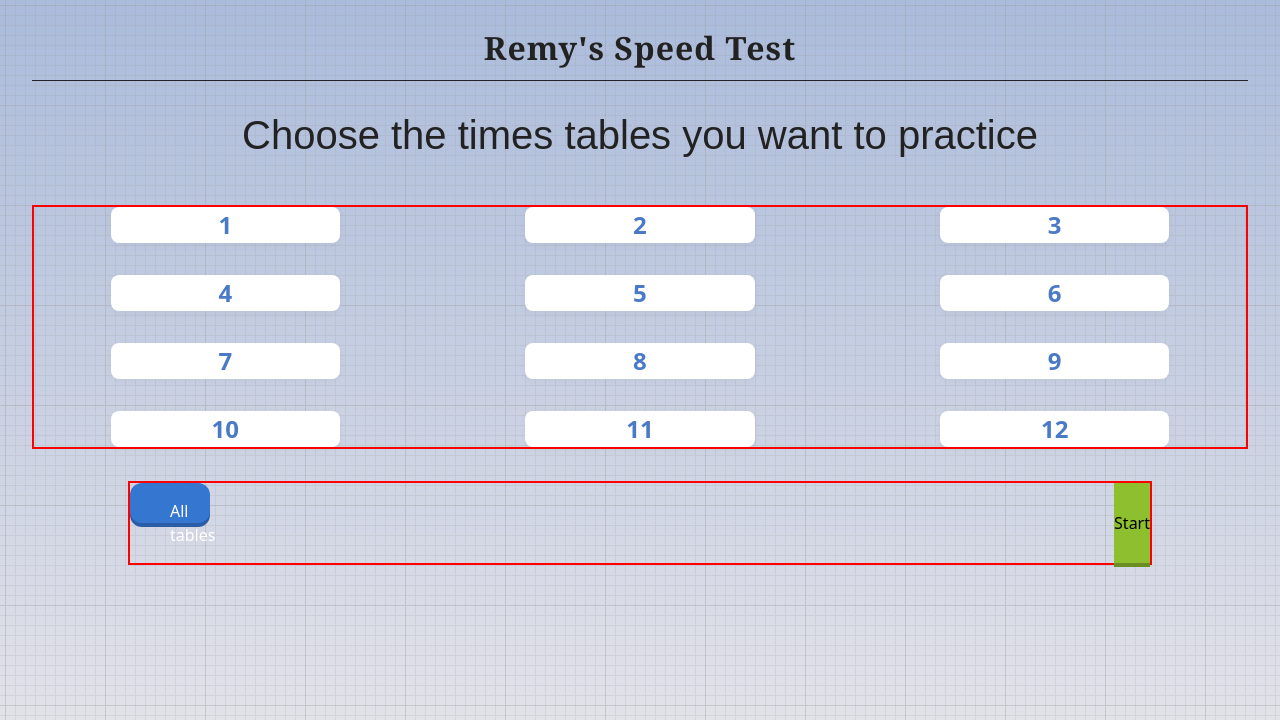
Repository: Chinurum-Omenuko/remys-speed-test
Page: / (app in app/)
An editor plug-in stored every save of this project. The page is shown before and after the next save, followed by the edit.
The browser window is 1280 px wide. The pictures show the whole page.
The project was rebuilt for these pictures with package versions that can differ from the ones it lists, and the page was loaded fresh each time. The framework's server and built-in components were replaced by stand-ins that run in the browser. Also part of the build but not shown: app/svelte.config.js, app/vite.config.ts.

Above is the page before, as saved 2025-11-17 13:40:14.

### app/src/routes/+page.svelte

<script lang="ts">
	import { goto } from "$app/navigation";
	import { GameStore } from "../stores/gameStore.svelte";

	let store = GameStore;
	let chosenTables = store.getTables()
	const tables = Array.from({ length: 12 }, (_, i) => i + 1);

	function selectTable(table: number) {
		store.addTables(table)
	}

	function allTables(){
		tables.forEach(table => {
			let index = chosenTables.indexOf(table)
			if(!chosenTables.includes(table)){
				selectTable(table)
				return
			}
			chosenTables.splice(index, 1)
		});
	}


	function start() {
		store.generateQuestions(chosenTables)
		goto("/test")
	}



	function lastResults() {
		alert('Show last results');
	}
</script>
<div class="landing-bg">
	<div style="padding: 1.5rem 2rem 0 2rem;">
		<h1 class="title">Remy's Speed Test</h1>
		<div class="dotted"></div>
		<h2 class="subtitle">Choose the times tables you want to practice</h2>
		<div class="content">
			<div class="tables-grid">
				{#each tables as table}
					<button
						type="button"
						class="table-btn {chosenTables.includes(table) ? 'selected' : ''}"
						on:click={() => {

							selectTable(table)
							}}
						aria-pressed={chosenTables[table] === table}
					>
						{table}
					</button>
				{/each}
			</div>
			<div class="actions">
				<div class="left-actions">
					{#if chosenTables.length == 12}
						<button class="blue-btn btn" on:click={allTables}>Deselect All Tables</button>
					{:else}
						<button class="blue-btn btn" on:click={allTables}>All tables</button>
					{/if}
				</div>
				<button class="green-btn" on:click={start}>Start</button>
			</div>
		</div>
	</div>
</div>

<style>
	.landing-bg {


		background-image:url("data:[embedded picture, 1695 characters]"), linear-gradient(180deg, #aabbdb, #e2e2e9);
		min-height: 100vh;
		max-width: 100vw;
		padding: 0;
		margin: 0;
	}
	.title {
		font-size: 2rem;
		font-weight: 700;
		margin: 0 0 0.5rem 0;
		letter-spacing: 1px;
		color: #222;
		font-family: Georgia, 'Times New Roman', Times, serif;
		text-align: center;
	}
	.dotted {
		border-bottom: 1px solid #222;
		margin-bottom: 1.5rem;
	}
	.subtitle {
		font-size: clamp(1rem, 5vw, 2.5rem);
		font-weight: 100;
		margin-bottom: 2.5rem;
		text-align: center;
		color: #222;
		font-family: Arial, Helvetica, sans-serif;
	}

	.content{
		display: flex;
		flex-direction: column;
		/* border: solid 2px red; */
		justify-content: start;
		align-items: center;
		max-width: 100vw;
		min-height: 50vh;
	}
	.tables-grid {
		display: grid;
		grid-template-columns: repeat(6, 1fr);
		gap: 2rem;
		/* border: solid 2px green; */
		width: 100%;
	}
	.table-btn {
		background: #fff;
		border-radius: 8px;
		font-size: 2.5rem;
		font-weight: 700;
		color: #4a7ac7;
		width: 60%;
		height: 100%;
		display: flex;
		align-items: center;
		justify-content: center;
		cursor: pointer;
		transition: box-shadow 0.2s, border 0.2s;
		margin: 0 auto;
		box-shadow: 0 2px 8px rgba(0,0,0,0.04);
	}
	.table-btn.selected {
		border: 3px solid #2e5eaa;
		background: #eaf1ff;
		color: #2e5eaa;
	}
	.actions {
		display: flex;
		justify-content: space-between;
		align-items: flex-end;
		max-width: 1200px;
		margin: 2rem auto 0 auto;
	}
	.left-actions {
		display: flex;
		flex-direction: column;
		gap: 1.2rem;
	}

	.btn{
		width: 50%;
		height: 50%;
		color: #fff;
		border-radius: 12px;
		padding: 1rem 2.5rem;
		cursor: pointer;

	}
	.blue-btn {
		background:  #3576d1;
		border: none;
		box-shadow: 0 4px 0 #2b5ca7;
		transition: background 0.2s;
	}
	.blue-btn:active {
		background: #3576d1;
	}
	.green-btn {
		background: #8dbf2e;
		border: none;
		box-shadow: 0 4px 0 #6b8e23;
		margin-left: 1rem;
		transition: background 0.2s;
	}
	.green-btn:active {
		background: #8dbf2e;
	}

	/* 640px: small tablet */
	@media (min-width: 340px) {
		.tables-grid {
			grid-template-columns: repeat(3, 1fr);
			border: solid 2px red;
		}
		.table-btn {
			font-size: 1.5rem;
		}
		.actions {
			flex-direction: row;
			align-items: stretch;
			gap: 2rem;
			border: solid 2px red;
			width: 80vw;
		}
	}
	@media (min-width: 640px) {
		.tables-grid {

		}
		.table-btn {

		}
		.actions {

		}
	}

	/* 768px: tablet portrait */
	/* @media (min-width: 768px) {
		.tables-grid {
			grid-template-columns: repeat(3, 1fr);
			border: red;
		}
		.table-btn {
			width: 100px;
			height: 80px;
			font-size: 1.5rem;
		}
		.actions {
			flex-direction: column;
			align-items: stretch;
			gap: 2rem;
		}
	} */

	/* 1024px: tablet landscape / small laptop */
	/* @media (min-width: 1024px) {
		.tables-grid {
			grid-template-columns: repeat(4, 1fr);
		}
		.table-btn {
			width: 140px;
			height: 110px;
			font-size: 2rem;
		}
		.actions {
			flex-direction: row;
			align-items: center;
			gap: 1rem;
		}
	} */

	/* @media (min-width: 1200px) and (max-height: 700px) {

	} */


	/* 1280px: laptop */
	/* @media (min-width: 1280px) {} */

	/* 1536px: large desktop */
	/* @media (min-width: 1536px) {} */




</style>

### app/src/stores/gameStore.svelte.ts
import { writable } from "svelte/store";
import { createQuestions } from "../utils/gameUtils";

function createGameStore(){
    let allQuestions = $state<any[]>([])
    let selectedTables: number[] = $state([])


    return{
        selectedTables,
        get allQuestions(){
            return allQuestions;
        },
        clearSelectedTables: () => {
            selectedTables = []
        },
        getTables: () => selectedTables,
        addTables: (table: number) => {
            let index = selectedTables.indexOf(table)

            if(!selectedTables.includes(table)){
                selectedTables.push(table)
                return
            }

            selectedTables.splice(index,1)

        },
        generateQuestions: (table: number[]) => {
            let questions = createQuestions(table)

            let flat = Object.values(questions).flat();
            allQuestions = [...allQuestions, ...flat];


        },

        removeQuestions: () => allQuestions = []
    }
}

export const GameStore = createGameStore()

### app/src/utils/gameUtils.ts
function makeQuestionObject(table: number){
    let questionsObjectArray = []
    for (let i = 1; i <= 12; i++){
        let question = {
            id: table + '-' + i,
            table: table,
            multiplier: i,
            question: `${table} x ${i}`,
            answer: table * i
        };
        questionsObjectArray.push(question);
    }
    return questionsObjectArray;
}

export function createQuestions(timeTable: number[]){
    let questions = {};

    timeTable.forEach(table => {
        let objectArray = makeQuestionObject(table)
        questions[table] = objectArray
    });
    return questions
}

Loaded but not shown: app/src/app.html (common file); app/src/routes/+layout.svelte (common file); app/src/app.css (common file)

After the next save:
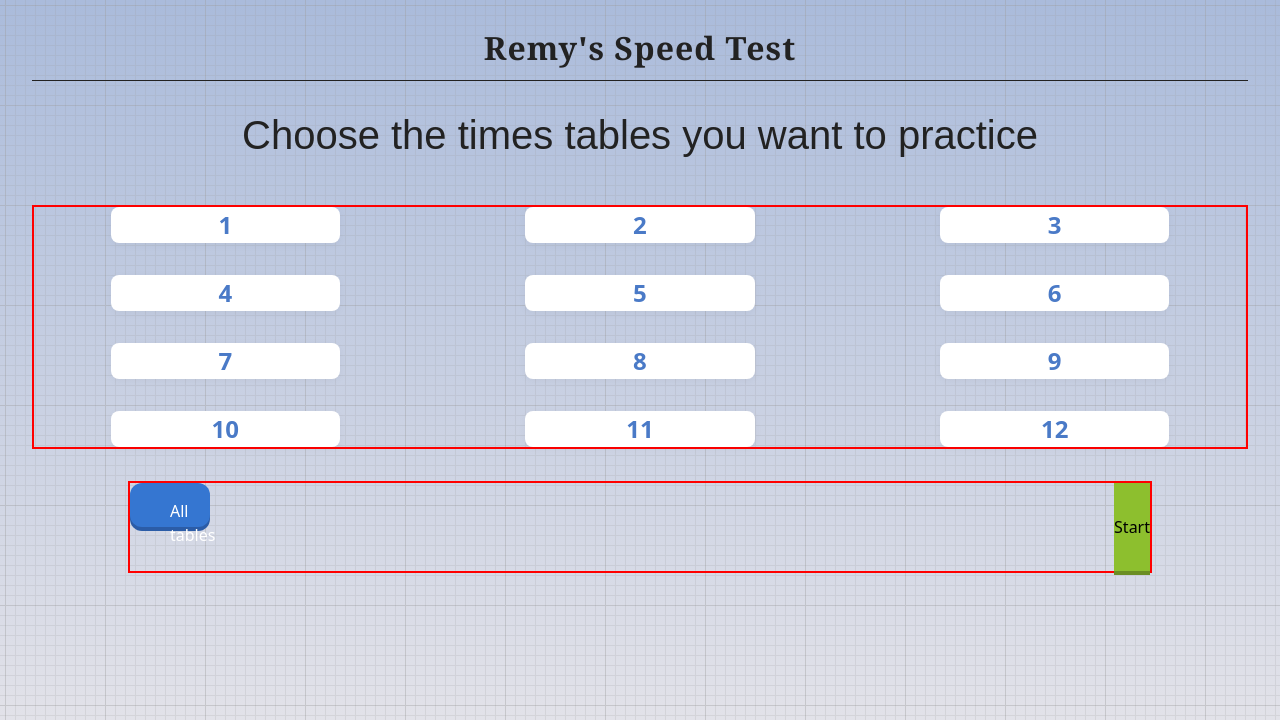
Saved 4 s later.
--- a/app/src/routes/+page.svelte
+++ b/app/src/routes/+page.svelte
@@ -158,7 +158,7 @@
 		border-radius: 12px;
 		padding: 1rem 2.5rem;
 		cursor: pointer;
-
+		margin-bottom: 0.5rem;
 	}
 	.blue-btn {
 		background:  #3576d1;
